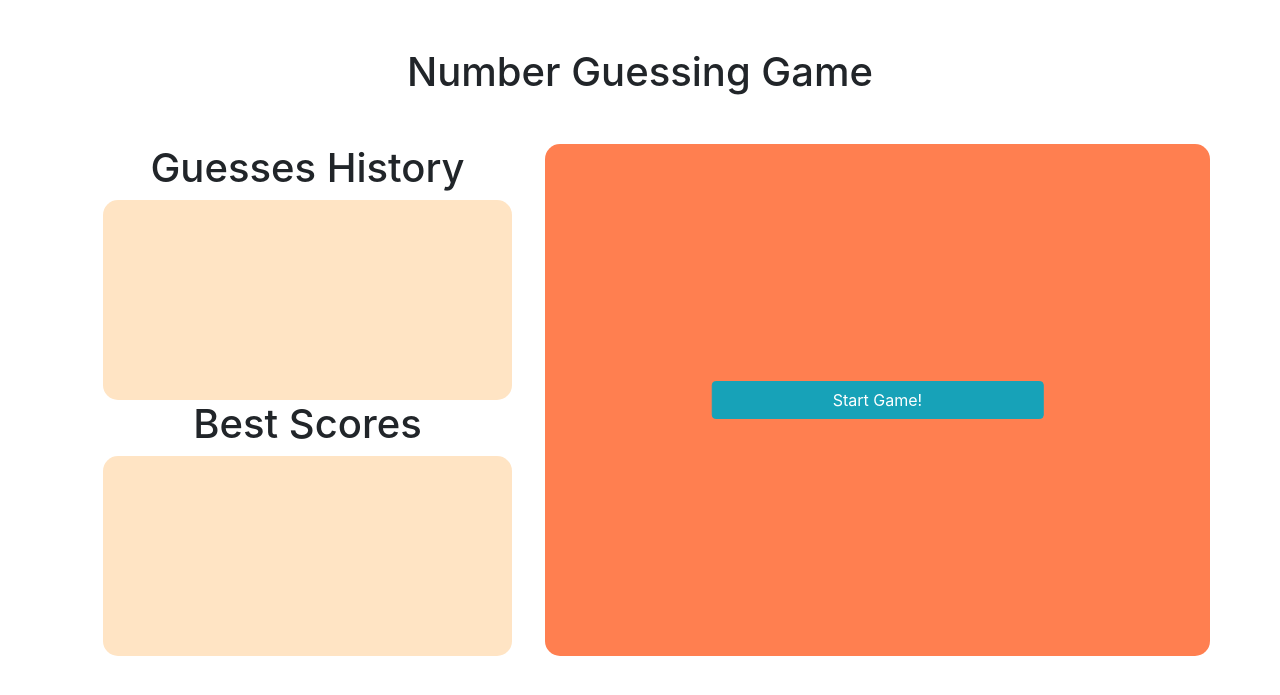
Repository: tts2610/NumberGuessingGame
Page: index.html
These files come from the project's save history. The page is drawn as it stood at one moment and after the next save; the edit follows.
The browser window is 1280 px wide. The pictures show the whole page.

Above is the page before, as saved 2020-05-13 14:07:27.

After the next save:
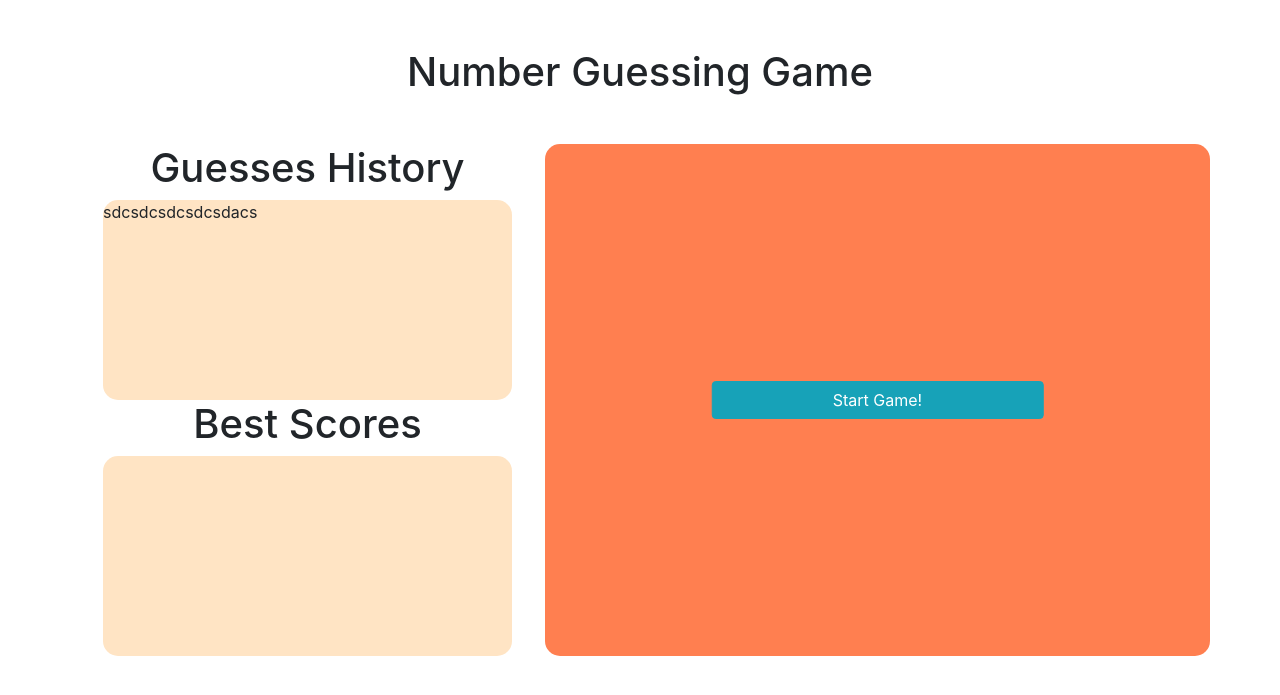
Saved 86 s later.
--- a/index.html
+++ b/index.html
@@ -26,7 +26,10 @@
         <div class="row">
             <div class="col-5 left_handSide px-5">
                 <h1 style="text-align: center;">Guesses History</h1>
-                <div class="row box-1"></div>
+                <div class="row box-1">
+                    <p>sdcsdcsdc</p>
+                    <p>sdcsdacs</p>
+                </div>
                 <h1 style="text-align: center;">Best Scores</h1>
                 <div class="row box-2"></div>
             </div>
